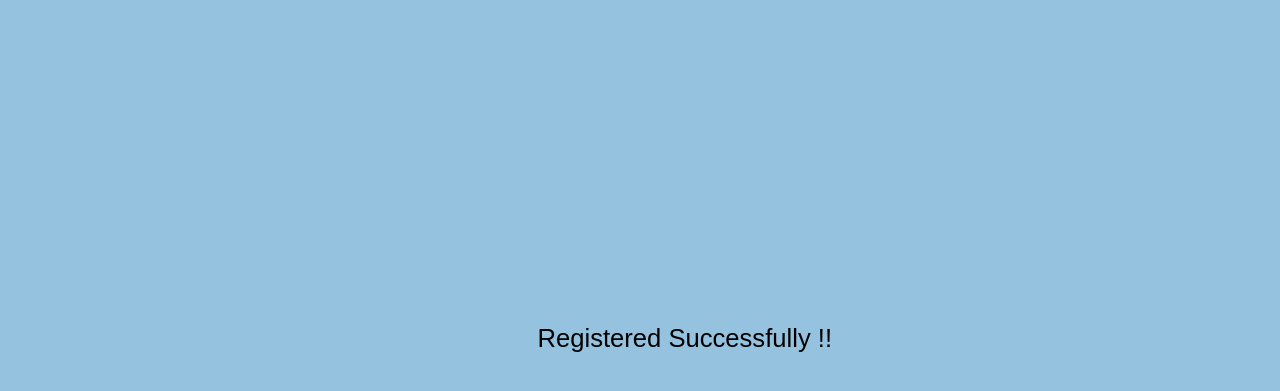
Repository: anujs099/bankingapp
Page: banking-application-final/WebContent/RegistrationSuccess.html
An editor plug-in stored every save of this project. The page is shown before and after the next save, followed by the edit.
The browser window is 1280 px wide. The pictures show the whole page.
Some web fonts or font styles are not loaded; a fallback is used.

Above is the page before, as saved 2021-03-07 16:52:18.

### banking-application-final/WebContent/RegistrationSuccess.html
<!DOCTYPE html>
<html>
<head>
<meta charset="ISO-8859-1">
<title>Insert title here</title>
<link href="https://fonts.googleapis.com/css2?family=Nunito+Sans:wght@600;900&display=swap" rel="stylesheet">
  <link rel="stylesheet" href="error.css">

</head>
<body>
<div class="msg">Registered Successfully !!</div>

</body>
</html>

### banking-application-final/WebContent/error.css
@charset "ISO-8859-1";

body {
  background-color: #95c2de;
}

.mainbox {
  background-color: #95c2de;
  margin: auto;
  height: 600px;
  width: 600px;
  position: relative;
}

  .err {
    color: #ffffff;
    font-family: 'Nunito Sans', sans-serif;
    font-size: 11rem;
    position:absolute;
    left: 20%;
    top: 8%;
  }

.far {
  position: absolute;
  font-size: 8.5rem;
  left: 42%;
  top: 15%;
  color: #ffffff;
}

 .err2 {
    color: #ffffff;
    font-family: 'Nunito Sans', sans-serif;
    font-size: 11rem;
    position:absolute;
    left: 68%;
    top: 8%;
  }

.msg {
    text-align: center;
    font-family: 'Nunito Sans', sans-serif;
    font-size: 1.6rem;
    position:absolute;
    left: 16%;
    top: 45%;
    width: 75%;
  }

a {
  text-decoration: none;
  color: white;
}

a:hover {
  text-decoration: underline;
}

After the next save:
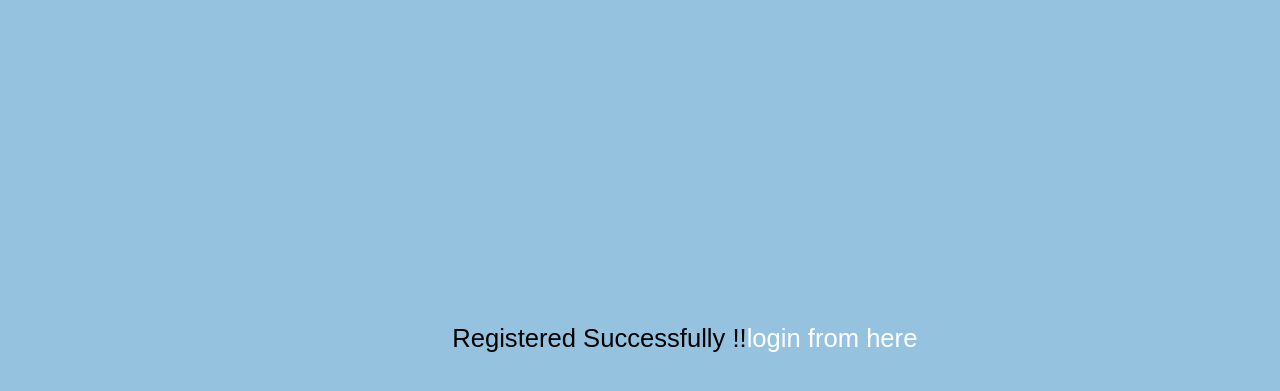
Saved 33 s later.
--- a/banking-application-final/WebContent/RegistrationSuccess.html
+++ b/banking-application-final/WebContent/RegistrationSuccess.html
@@ -8,7 +8,7 @@
 
 </head>
 <body>
-<div class="msg">Registered Successfully !!</div>
+<div class="msg">Registered Successfully !!<a href="login.html">login from here</a></div>
 
 </body>
 </html>
